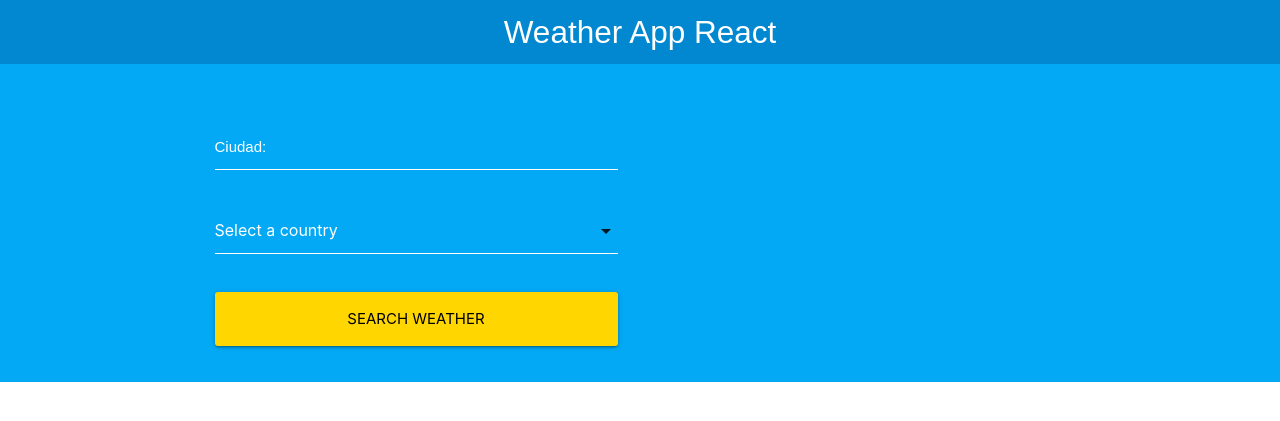
Repository: ppfeliuu/climatecity
Page: /
An editor plug-in stored every save of this project. The page is shown before and after the next save, followed by the edit.
The browser window is 1280 px wide. The pictures show the whole page.
The project was rebuilt for these pictures with package versions that can differ from the ones it lists, and the page was loaded fresh each time. Also part of the build but not shown: src/components/Error.js.

Above is the page before, as saved 2019-06-20 11:15:58.

### public/index.html
<!DOCTYPE html>
<html lang="en">
  <head>
    <meta charset="utf-8" />
    <link rel="shortcut icon" href="%PUBLIC_URL%/rain.png" />
    <meta name="viewport" content="width=device-width, initial-scale=1" />
    <meta name="theme-color" content="#000000" />
    <!--
      manifest.json provides metadata used when your web app is installed on a
      user's mobile device or desktop. See https://developers.google.com/web/fundamentals/web-app-manifest/
    -->
    <link rel="manifest" href="%PUBLIC_URL%/manifest.json" />
    <link rel="stylesheet" href="https://cdnjs.cloudflare.com/ajax/libs/materialize/1.0.0/css/materialize.min.css">
    <!--
      Notice the use of %PUBLIC_URL% in the tags above.
      It will be replaced with the URL of the `public` folder during the build.
      Only files inside the `public` folder can be referenced from the HTML.

      Unlike "/favicon.ico" or "favicon.ico", "%PUBLIC_URL%/favicon.ico" will
      work correctly both with client-side routing and a non-root public URL.
      Learn how to configure a non-root public URL by running `npm run build`.
    -->
    <title>React App</title>
  </head>
  <body>
    <noscript>You need to enable JavaScript to run this app.</noscript>
    <div id="root"></div>
    <!--
      This HTML file is a template.
      If you open it directly in the browser, you will see an empty page.

      You can add webfonts, meta tags, or analytics to this file.
      The build step will place the bundled scripts into the <body> tag.

      To begin the development, run `npm start` or `yarn start`.
      To create a production bundle, use `npm run build` or `yarn build`.
    -->
    <script src="https://cdnjs.cloudflare.com/ajax/libs/materialize/1.0.0-rc.2/js/materialize.min.js"></script>
<script>
  document.addEventListener('DOMContentLoaded', function() {
      var elementos = document.querySelectorAll('select');
     M.FormSelect.init(elementos);
  });
</script>
  </body>
</html>

### src/index.css
body {
  margin: 0;
  padding: 0;
  font-family: sans-serif;
}
nav .brand-logo {
  display: block;
  text-align: center;
  position: relative;
}
.input-field label {
  color: white;
}

.input-field input[type=text]:focus + label {
  color: white;
}

.input-field input[type=text]:focus {
  border-bottom: 1px solid white;
  box-shadow: 0 1px 0 0 #000;
}

input[type=text]:not(.browser-default) {
  border-bottom: 1px solid white;
  color: white;
}
input[type=text]:not(.browser-default):focus:not([readonly]) {
  border-bottom: 1px solid white;
  -webkit-box-shadow: 0 1px 0 0 white;
  box-shadow: 0 1px 0 0 white;
}
input[type=text]:not(.browser-default):focus:not([readonly]) + label {
  color: white;
}

.contenedor-form {
  padding: 3rem 0 1px 0;
  background-color: #03a9f4;
}
.buscador i {
  width: 100%;
}
.error {
  padding: 1rem!important;
  color:white;
  margin-top: 3rem;
  text-align: center;
}
.card-panel h2 {
  font-size: 1.6rem;
  text-align: center;
}
.card-panel p {
  text-align: center;
  font-size: 1.4rem;
}
.temperatura {
  font-size: 4rem!important
}
.temperatura span {
  font-size: 2rem!important;
  vertical-align: super;
}
.btn-block {
  display: block!important;
}

### src/App.js
import React, { useState, useEffect } from 'react';
import Header from './components/Header';
import Formulario from './components/Formulario';
import Error from './components/Error';

function App() {

  const [ciudad, guardarCiudad] = useState('');
  const [pais, guardarPais] = useState('');
  const [error, guardarError] = useState(false);
  const [resultado, guardarResultado] = useState({});

  useEffect(() => {
    // prevenir ejecución
    if (ciudad === '') return;
    const consultarAPI = async () => {

      const appId = '42c8c91151673319162c39a43c5e0a48'
      const url = `https://api.openweathermap.org/data/2.5/weather?q=${ciudad},${pais}&appid=${appId}`;

      const respuesta = await fetch(url);
      const resultado = await respuesta.json();

      guardarResultado(resultado);

    }

    consultarAPI();
  }, [ ciudad, pais ]);

  const datosConsulta = datos => {
    console.log(datos);
    if(datos.ciudad === '' | datos.pais === '') {
      guardarError(true);
      return;
    }

    guardarCiudad(datos.ciudad);
    guardarPais(datos.pais);
    guardarError(false);
  }



  let componente;
  if (error) {
      componente = <Error mensaje='Ambos campos son obligatorios' />
  } else {

    componente = null;

  }

  return (
    <div className="App">
      <Header
        titulo='Weather App React'
      />

      <div className="contenedor-form">
        <div className="container">
          <div className="row">
            <div className="col s12 m6">
              <Formulario
                datosConsulta={datosConsulta}
              />
            </div>

            <div className="col s12 m6">
              {componente}
            </div>
          </div>
        </div>
      </div>

    </div>
  );
}

export default App;

### src/components/Header.js
import React from 'react';

function Header({titulo}){
    return (
        <nav>
            <div className="nav-wrapper light-blue darken-2">
                <a href="#!" className="brand-logo">{titulo}</a>
            </div>
        </nav>
    )
}

export default Header;

### src/components/Formulario.js
import React, { useState } from 'react';

function Formulario({datosConsulta}) {


    // state del component con Hooks
    // busqueda = state, guardarBusqueda = this.setState({})
    const[busqueda, guardarBusqueda] = useState({
        ciudad: '',
        pais: ''
    })

    const handleChange = e => {
        guardarBusqueda({
            ...busqueda,
            [e.target.name] : e.target.value

        });
        // console.log(busqueda);

    }

    const consultarClima = e => {
        e.preventDefault();
        datosConsulta(busqueda);
    }

    return (
        <form
            onSubmit={consultarClima}
        >
            <div className="input-field col s12">
                <input
                    type="text"
                    name="ciudad"
                    id="ciudad"
                    onChange={handleChange}
                />
                <label htmlFor="ciudad">Ciudad:</label>
            </div>

            <div className="input-field col s12">
                <select onChange={handleChange}
                name="pais">
                    <option value="">Select a country</option>
                    <option value="US">USA</option>
                    <option value="ES">Spain</option>
                    <option value="MX">Mexico</option>
                    <option value="CO">Colombia</option>
                    <option value="AR">Argentina</option>
                </select>
            </div>

            <div className="input-field col s12">
                <input type="submit" className="waves-effect waves-light btn-large btn-block yellow accent-4"
                value="Search weather" />
            </div>
        </form>
    );
}

export default Formulario;

### src/components/Clima.js
import React from 'react';

function Clima () {
    return(
        <div className="card-panel white col s12">
            <div className="black-text">
                <h2>Current weather</h2>
            </div>
        </div>
    );
}

export default Clima;

Loaded but not shown: src/index.js (common file); src/serviceWorker.js (common file)

After the next save:
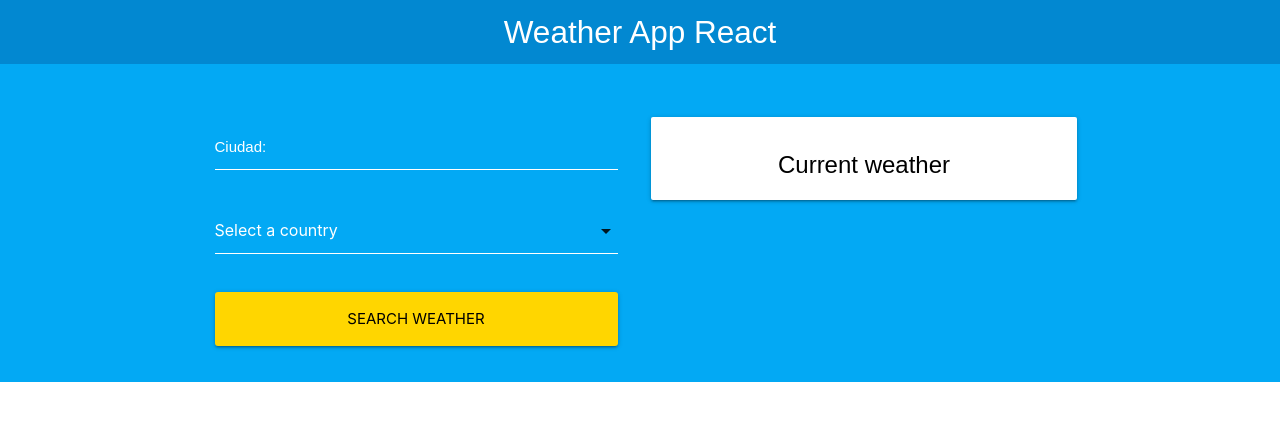
Saved 32 s later.
--- a/src/App.js
+++ b/src/App.js
@@ -2,6 +2,7 @@
 import Header from './components/Header';
 import Formulario from './components/Formulario';
 import Error from './components/Error';
+import Clima from './components/Clima';
 
 function App() {
 
@@ -47,7 +48,7 @@
       componente = <Error mensaje='Ambos campos son obligatorios' />
   } else {
 
-    componente = null;
+    componente = <Clima />;
 
   }
 

After the 4 saves that followed:
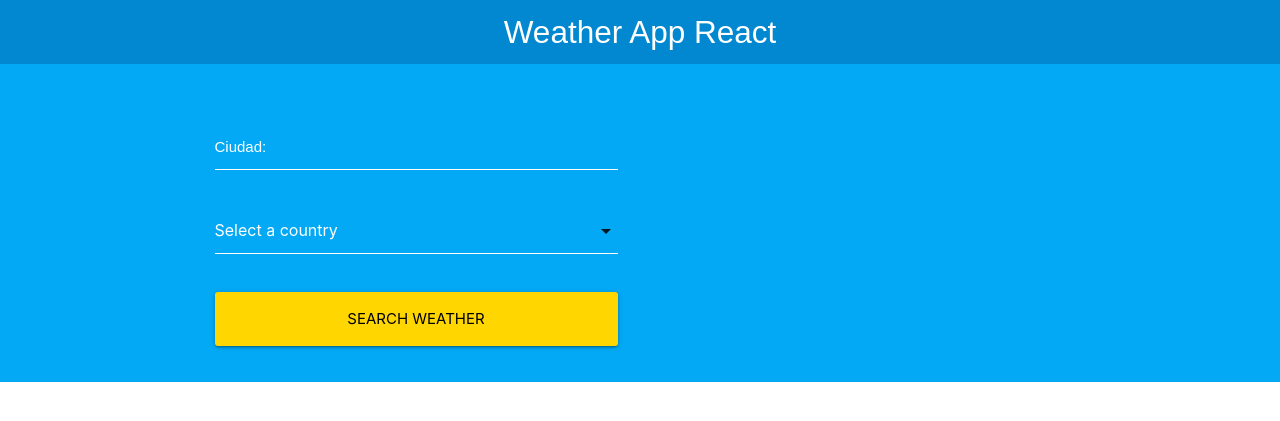
The 4 saves are shown as one change because 3 left the picture as it was.
The last was saved 10 min 46 s later.
--- a/src/App.js
+++ b/src/App.js
@@ -48,7 +48,7 @@
       componente = <Error mensaje='Ambos campos son obligatorios' />
   } else {
 
-    componente = <Clima />;
+    componente = <Clima resultado={resultado}/>;
 
   }
 
--- a/src/components/Clima.js
+++ b/src/components/Clima.js
@@ -1,6 +1,13 @@
 import React from 'react';
 
-function Clima () {
+function Clima ({resultado}) {
+
+    const { name, weather} = resultado;
+
+    if (!name) return null;
+
+
+
     return(
         <div className="card-panel white col s12">
             <div className="black-text">
